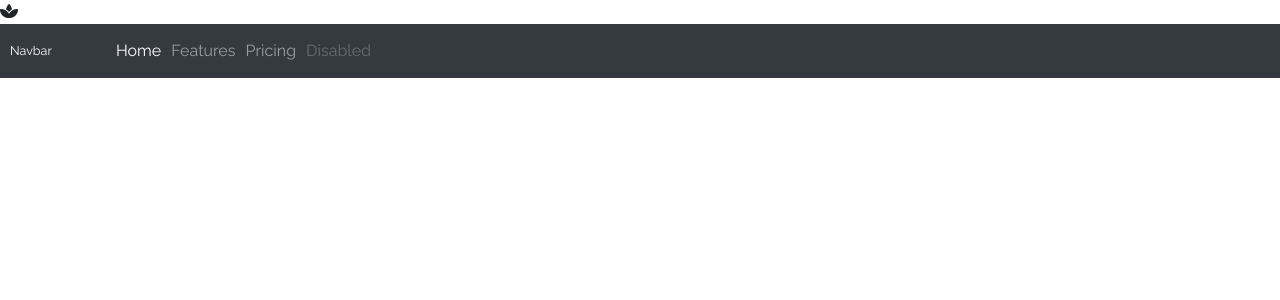
Repository: KrzysKolo/Projekt-13_Kwiaciarnia
Page: index.html
The author's editor kept a copy of each file at every save. The page is drawn from the files as they stood at one save, then again after the next save.
The browser window is 1280 px wide. The pictures show the whole page.
Some web libraries are served in a nearby version.

Above is the page before, as saved 2020-08-07 12:18:01.

### index.html
<!DOCTYPE html>
<html lang="pl">
  <head>
    <meta charset="UTF-8" />
    <meta name="viewport" content="width=device-width, initial-scale=1.0" />
    <title>Bukieciarnia</title>
    <script
      src="https://kit.fontawesome.com/21efeaf281.js"
      crossorigin="anonymous"
    ></script>

    <link
      rel="stylesheet"
      href="https://stackpath.bootstrapcdn.com/bootstrap/4.5.0/css/bootstrap.min.css"
      integrity="sha384-9aIt2nRpC12Uk9gS9baDl411NQApFmC26EwAOH8WgZl5MYYxFfc+NcPb1dKGj7Sk"
      crossorigin="anonymous"
    />
    <link
      href="https://fonts.googleapis.com/css2?family=Raleway:wght@400;700&display=swap"
      rel="stylesheet"
    />
    <link rel="stylesheet" href="style.css" />
  </head>
  <body>
    <i class="fas fa-spa"></i>

    <nav class="navbar navbar-expand-lg navbar-dark bg-dark py-3">
      <a class="navbar-brand" href="#">Navbar</a>
      <button
        class="navbar-toggler"
        type="button"
        data-toggle="collapse"
        data-target="#navbarNav"
        aria-controls="navbarNav"
        aria-expanded="false"
        aria-label="Toggle navigation"
      >
        <span class="navbar-toggler-icon"></span>
      </button>
      <div class="collapse navbar-collapse" id="navbarNav">
        <div class="container">
          <ul class="navbar-nav">
            <li class="nav-item active">
              <a class="nav-link" href="#"
                >Home <span class="sr-only">(current)</span></a
              >
            </li>
            <li class="nav-item">
              <a class="nav-link" href="#">Features</a>
            </li>
            <li class="nav-item">
              <a class="nav-link" href="#">Pricing</a>
            </li>
            <li class="nav-item">
              <a
                class="nav-link disabled"
                href="#"
                tabindex="-1"
                aria-disabled="true"
                >Disabled</a
              >
            </li>
          </ul>
        </div>
      </div>
    </nav>

    <script
      src="https://code.jquery.com/jquery-3.5.1.slim.min.js"
      integrity="sha384-DfXdz2htPH0lsSSs5nCTpuj/zy4C+OGpamoFVy38MVBnE+IbbVYUew+OrCXaRkfj"
      crossorigin="anonymous"
    ></script>
    <script
      src="https://cdn.jsdelivr.net/npm/popper.js@1.16.0/dist/umd/popper.min.js"
      integrity="sha384-Q6E9RHvbIyZFJoft+2mJbHaEWldlvI9IOYy5n3zV9zzTtmI3UksdQRVvoxMfooAo"
      crossorigin="anonymous"
    ></script>
    <script
      src="https://stackpath.bootstrapcdn.com/bootstrap/4.5.0/js/bootstrap.min.js"
      integrity="sha384-OgVRvuATP1z7JjHLkuOU7Xw704+h835Lr+6QL9UvYjZE3Ipu6Tp75j7Bh/kR0JKI"
      crossorigin="anonymous"
    ></script>
  </body>
</html>

### style.css
* {
  box-sizing: border-box;
  margin: 0;
  padding: 0;
}
html {
  font-size: 62.5%;
}
body {
  font-family: "Raleway", sans-serif;
  font-size: 1.6rem;
}

After the next save:
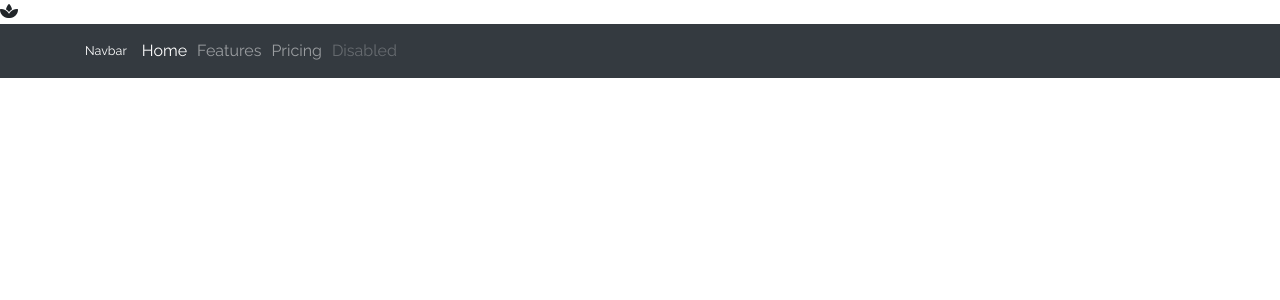
Saved 2 min 16 s later.
--- a/index.html
+++ b/index.html
@@ -25,42 +25,34 @@
     <i class="fas fa-spa"></i>
 
     <nav class="navbar navbar-expand-lg navbar-dark bg-dark py-3">
-      <a class="navbar-brand" href="#">Navbar</a>
-      <button
-        class="navbar-toggler"
-        type="button"
-        data-toggle="collapse"
-        data-target="#navbarNav"
-        aria-controls="navbarNav"
-        aria-expanded="false"
-        aria-label="Toggle navigation"
-      >
-        <span class="navbar-toggler-icon"></span>
-      </button>
-      <div class="collapse navbar-collapse" id="navbarNav">
-        <div class="container">
-          <ul class="navbar-nav">
-            <li class="nav-item active">
-              <a class="nav-link" href="#"
-                >Home <span class="sr-only">(current)</span></a
-              >
-            </li>
-            <li class="nav-item">
-              <a class="nav-link" href="#">Features</a>
-            </li>
-            <li class="nav-item">
-              <a class="nav-link" href="#">Pricing</a>
-            </li>
-            <li class="nav-item">
-              <a
-                class="nav-link disabled"
-                href="#"
-                tabindex="-1"
-                aria-disabled="true"
-                >Disabled</a
-              >
-            </li>
-          </ul>
+      <div class="container">
+        <a class="navbar-brand" href="#">Navbar</a>
+        <button
+          class="navbar-toggler"
+          type="button"
+          data-toggle="collapse"
+          data-target="#navbarNavAltMarkup"
+          aria-controls="navbarNavAltMarkup"
+          aria-expanded="false"
+          aria-label="Toggle navigation"
+        >
+          <span class="navbar-toggler-icon"></span>
+        </button>
+        <div class="collapse navbar-collapse" id="navbarNavAltMarkup">
+          <div class="navbar-nav">
+            <a class="nav-link active" href="#"
+              >Home <span class="sr-only">(current)</span></a
+            >
+            <a class="nav-link" href="#">Features</a>
+            <a class="nav-link" href="#">Pricing</a>
+            <a
+              class="nav-link disabled"
+              href="#"
+              tabindex="-1"
+              aria-disabled="true"
+              >Disabled</a
+            >
+          </div>
         </div>
       </div>
     </nav>
